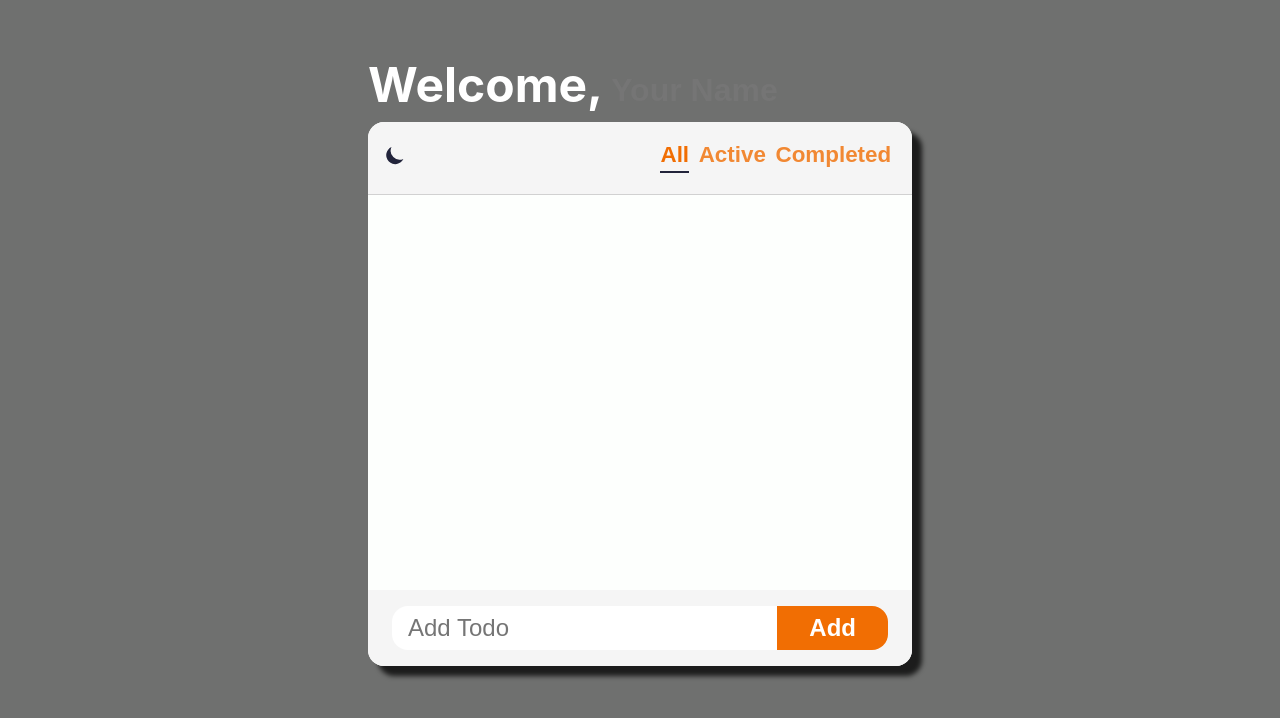
Repository: MrJinkyu/TodoList
Page: /
An editor plug-in stored every save of this project. The page is shown before and after a run of saves, followed by the edit.
The browser window is 1280 px wide. The pictures show the whole page.
The project was rebuilt for these pictures with package versions that can differ from the ones it lists, and the page was loaded fresh each time. Also part of the build but not shown: src/components/Todo.module.css, src/components/Todo.jsx.

Above is the page before, as saved 2023-05-01 16:27:57.

After the next 2 saves:
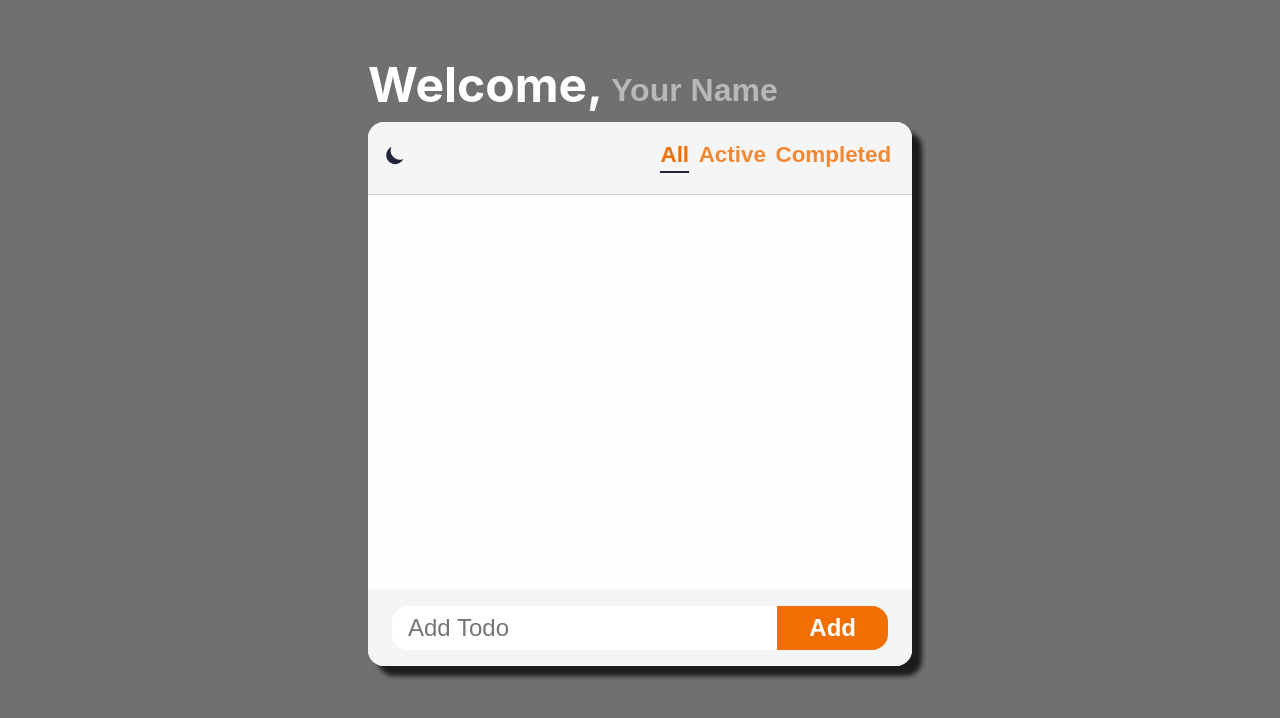
The 2 saves are shown as one change because they came seconds apart.
The last was saved 13 s later.
--- a/src/components/Greeting.module.css
+++ b/src/components/Greeting.module.css
@@ -22,4 +22,6 @@
 
 .text::placeholder{
     font-size: 2rem;
+    color: white;
+    opacity: 0.5;
 }
